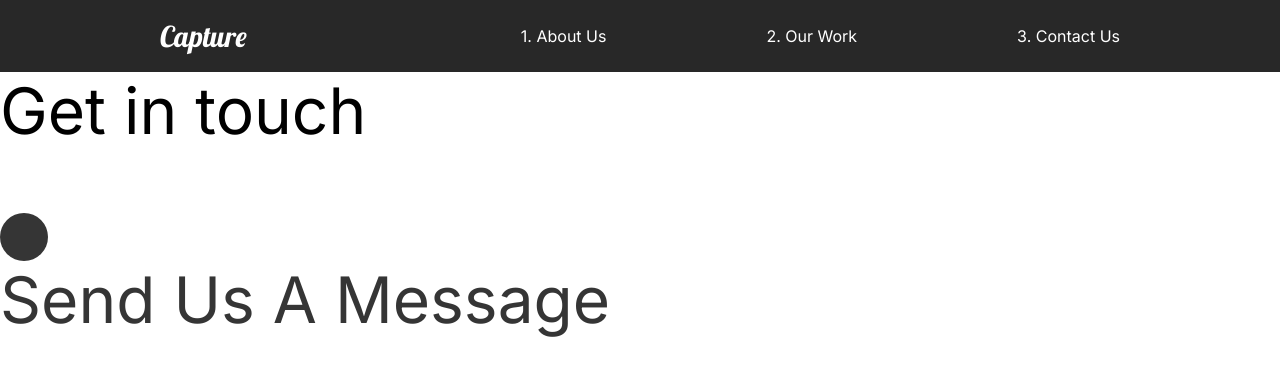
Repository: programmingwithlevi/capture
Page: /contact
The author's editor kept a copy of each file at every save. The page is drawn from the files as they stood at one save, then again after the next save.
The browser window is 1280 px wide. The pictures show the whole page.
The project was rebuilt for these pictures with package versions that can differ from the ones it lists, and the page was loaded fresh each time. Also part of the build but not shown: src/styles.js, src/components/Wave.js, src/components/AboutSection.js, src/components/UseScroll.js, src/components/ServicesSection.js, src/components/Toggle.js, src/components/FaqSection.js, src/pages/AboutUs.js and 3 more.

Above is the page before, as saved 2021-12-13 20:56:52.

### public/index.html
<!DOCTYPE html>
<html lang="en">
  <head>
    <meta charset="utf-8" />
    <link rel="icon" href="%PUBLIC_URL%/favicon.ico" />
    <meta name="viewport" content="width=device-width, initial-scale=1" />
    <meta name="theme-color" content="#000000" />
    <meta
      name="description"
      content="Web site created using create-react-app"
    />
    <link rel="preconnect" href="https://fonts.googleapis.com">
<link rel="preconnect" href="https://fonts.gstatic.com" crossorigin>
<link href="https://fonts.googleapis.com/css2?family=Inter:wght@400;700&family=Lato:wght@400;700&display=swap" rel="stylesheet">
<link rel="preconnect" href="https://fonts.googleapis.com">
<link rel="preconnect" href="https://fonts.gstatic.com" crossorigin>
<link href="https://fonts.googleapis.com/css2?family=Inter:wght@400;700&family=Lato:wght@400;700&family=Lobster&display=swap" rel="stylesheet">
    <link rel="apple-touch-icon" href="%PUBLIC_URL%/logo192.png" />
    <!--
      manifest.json provides metadata used when your web app is installed on a
      user's mobile device or desktop. See https://developers.google.com/web/fundamentals/web-app-manifest/
    -->
    <link rel="manifest" href="%PUBLIC_URL%/manifest.json" />
    <!--
      Notice the use of %PUBLIC_URL% in the tags above.
      It will be replaced with the URL of the `public` folder during the build.
      Only files inside the `public` folder can be referenced from the HTML.

      Unlike "/favicon.ico" or "favicon.ico", "%PUBLIC_URL%/favicon.ico" will
      work correctly both with client-side routing and a non-root public URL.
      Learn how to configure a non-root public URL by running `npm run build`.
    -->
    <title>Capture</title>
  </head>
  <body>
    <noscript>You need to enable JavaScript to run this app.</noscript>
    <div id="root"></div>
    <!--
      This HTML file is a template.
      If you open it directly in the browser, you will see an empty page.

      You can add webfonts, meta tags, or analytics to this file.
      The build step will place the bundled scripts into the <body> tag.

      To begin the development, run `npm start` or `yarn start`.
      To create a production bundle, use `npm run build` or `yarn build`.
    -->
  </body>
</html>

### src/index.js
import React from 'react';
import ReactDOM from 'react-dom';

import App from './App';
import reportWebVitals from './reportWebVitals';
import {BrowserRouter} from 'react-router-dom';

ReactDOM.render(
  <React.StrictMode>
    <BrowserRouter>
    <App />
    </BrowserRouter>
  </React.StrictMode>,
  document.getElementById('root')
);

// If you want to start measuring performance in your app, pass a function
// to log results (for example: reportWebVitals(console.log))
// or send to an analytics endpoint. Learn more: https://bit.ly/CRA-vitals
reportWebVitals();

### src/App.js
import React from "react";
//import pages
import AboutUs from '../src/pages/AboutUs';
import GlobalStyle from "./components/GlobalStyle";
import ContactUs from "./pages/ContactUs";
import OurWork from "./pages/OurWork";
import Nav from "./components/Nav";
import MovieDetail from "./pages/MovieDetail";

//router
import {Route,Switch,useLocation} from "react-router-dom";
//animaitom
import {AnimatePresence} from "framer-motion";

function App() {
  const location = useLocation();
  return  (
    <div className="App">

        <GlobalStyle />

        <Nav />
        <AnimatePresence exitBeforeEnter>
        <Switch location={location} key={location.pathname}>
          <Route path="/"  exact>
            <AboutUs />
          </Route>
          <Route path="/work" exact>
            <OurWork />
          </Route>
          <Route path="/work/:id">
            <MovieDetail />
          </Route>
          <Route path="/contact">
            <ContactUs />
          </Route>


        </Switch>
        </AnimatePresence>
    </div>
  );
}

export default App;

### src/components/GlobalStyle.js
import {createGlobalStyle} from 'styled-components';

const GlobalStyle = createGlobalStyle`
*{
   margin: 0;
   padding: 0;
   box-sizing: border-box
}
body{
    background: #1b1b1b;
    font-family: 'Inter', sans-serif;
}
button{
    font-weight: bold;
    font-size: 1.1.rem;
    padding: 1rem 2rem;
    border: 3px solid #23d997;
    background: transparent;
    color: white;
    transition: all 0.5s ease;
    font-family: 'Inter', sans-serif;
    &:hover{
        background-color:  #23d997;
        color: white;
    }

}
h2{
       font-weight: lighter;
       font-size: 4rem;
    }
    h3{
        color: white;
    }
    h4{
        font-weight: bold;
        color: #23d997;
    }
    a{
        font-size: 1.1.rem;
    }
    span{
        font-weight: bold;
        color: #23d997;
    }
    p{
        padding: 3rem 0rem;
        color: #ccc;
        font-size: 1.4rem;
        line-height: 150%;
    }
`;
export default GlobalStyle;

### src/pages/ContactUs.js
import React from "react";

//animation
import {motion} from "framer-motion";
import { pageAnimation,titleAnim} from "../animations";
import styled from 'styled-components';

const ContactUs = () => {
    return(
        <ContactStyle exit="exit"
                    variants={pageAnimation}
                    initial="hidden"
                    animate="show"
                    style={{ background: "#FFF" }}
                >
            <Title>
               <Hide>
                   <motion.h2 variants={titleAnim}>Get in touch</motion.h2>
                </Hide>
            </Title>
            <div>
                <Circle />
                <h2>Send Us A Message</h2>
            </div>
        </ContactStyle>
    )
}
const ContactStyle = styled(motion.div)`
    padding: 5rem 10 rem;
    color: #353535;
    min-height: 90vh;
`
const Title = styled.div`
    margin-bottom: 4rem;
    color: black;
`
const Hide = styled.div`
    overflow: hidden;
    `
const Circle = styled.div`
    border-radius: 50%;
    width: 3rem;
    height: 3rem;
    background: #353535;
`
const Social = styled(motion.div)`
    display: flex;
    align-items: center;
    h2{

    };
`



export default ContactUs;

### src/components/Nav.js
import React from 'react';
import styled from 'styled-components';
import {Link} from 'react-router-dom';

const Nav = () => {
    return(
        <StyledNav>
            <h1><Link id="logo" to="/">Capture</Link></h1>
            <ul>
                <li>
                    <Link to="/">1. About Us</Link>
                </li>
                <li>
                    <Link to="/work">2. Our Work</Link>
                </li>
                <li>
                    <Link to="/contact">3. Contact Us</Link>
                </li>
            </ul>
        </StyledNav>
    )
}

const StyledNav = styled.nav`
    min-height: 10vh;
    display: flex;
    margin: auto;
    justify-content: space-between;
    align-items: center;
    padding: 1rem 10rem;
    background: #282828;
    a{
        color: white;
        text-decoration: none;
    }
    ul{
        display: flex;
        list-style: none;
    }
    #logo{
        font-size: 1.8rem;
        font-family: 'Lobster', cursive;
        font-weight: lighter;
    }
    li{
        padding-left: 10rem;
        position: relative;
    }
`;

export default Nav;

### src/animations.js
import { withTheme } from "styled-components";

export const pageAnimation ={
    hidden: {
        opacity: 0,
        y: 300,

    },
    show: {
        opacity: 1,
        y: 0,
        transition: {
            duration: 0.5,
            when: "beforeChildren",
            staggerChildren: 0.25,
        },
    },
    exit: {
        opacity: 0,
        //y: 300,
        transition: {
            duration: 0.5,
        },
    }
}
export const titleAnim = {
    hidden: {y: 200},
    show: {
        y:0,
        transition: {duration: 0.75, ease: "easeOut"},
    }
}
export const fade = {
    hidden: {opacity: 0},
    show: {
        opacity: 1,
        transition: {ease: "easeOut", duration: 0.75},
    }
}
export const photoAnim = {
    hidden: {scale: 1.5, opacity: 0},
    show: {
        scale: 1,
        opacity: 1,
        transition: 'easeOut',
        duration: 0.75,
    }
}
export const lineAnim = {
    hidden: {width: '0%'},
    show: {
        width: '100%',
        transition: {duration: 0.75},
    }
}

export const slider = {
    hidden: {x: '-130%', skew: '45deg'},
    show: {
        x: '100%',
        skew: '0deg',
        transition: {ease: "easeOut", duration: 1 },
    }
}

export const sliderContainer = {
    hidden: {opacity: 1},
    show: {opacity: 1, transition: { staggerChildren: 0.1, ease: 'easeOut'}},
}
export const scrollReveal = {
    hidden: {opacity: 0, scale: 1.2, transition:{duration: 0.5}},
    show: {
        opacity: 1,
        scale: 1,
        transition: {
            duration: 0.5,
        },
    },
};

Loaded but not shown: src/reportWebVitals.js (common file)

After the next save:
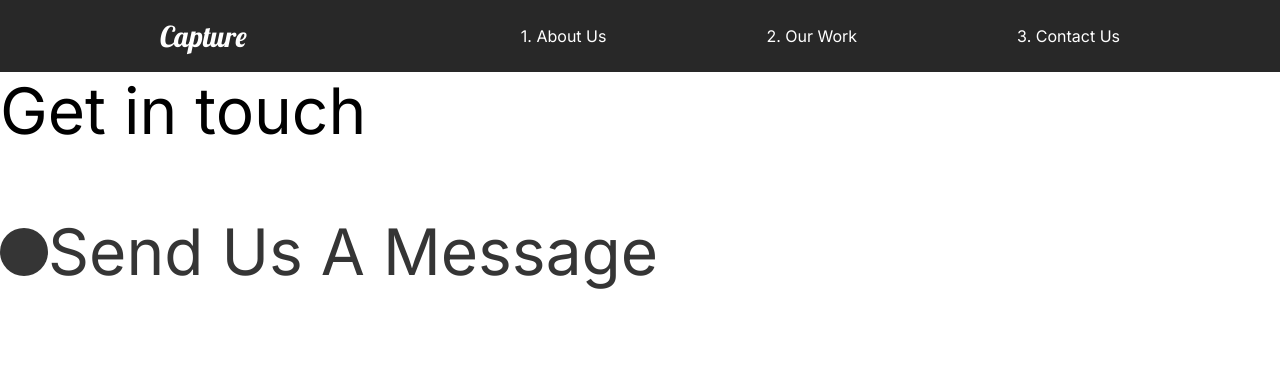
Saved 13 min 19 s later.
--- a/src/pages/ContactUs.js
+++ b/src/pages/ContactUs.js
@@ -19,8 +19,10 @@ const ContactUs = () => {
                 </Hide>
             </Title>
             <div>
+                <Social>
                 <Circle />
                 <h2>Send Us A Message</h2>
+                </Social>
             </div>
         </ContactStyle>
     )
